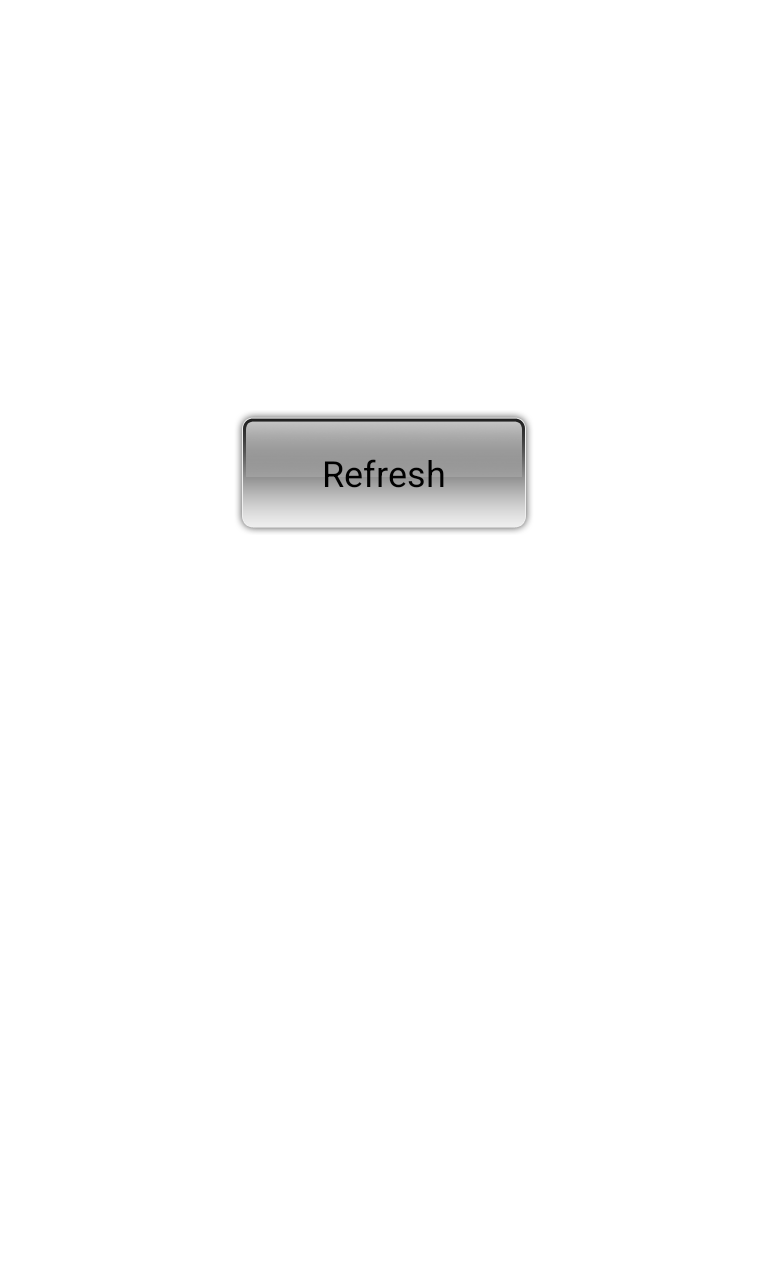
Repository: efreestone/MDF3_Freestone
Layout: ConvertIt/res/layout/activity_main.xml
These files come from the project's save history. The layout is drawn as it stood at one moment and after the next save; the edit follows.
It is drawn on a 768 x 1280 px phone screen (xhdpi) without system bars, with theme AppTheme; the app's code is not run.

Above is the layout before, as saved 2014-07-11 01:27:13.

### ConvertIt/res/layout/activity_main.xml
<?xml version="1.0" encoding="utf-8"?>
<LinearLayout xmlns:android="http://schemas.android.com/apk/res/android"
    android:id="@+id/parentView"
    android:layout_width="match_parent"
    android:layout_height="match_parent"
    android:orientation="vertical"
    >

    <TextView
        android:id="@+id/usdTV"
        android:layout_width="match_parent"
        android:layout_height="wrap_content"
        android:layout_marginTop="10dp"
        android:gravity="center" />

    <TextView
        android:id="@+id/eurTV"
        android:layout_width="match_parent"
        android:layout_height="wrap_content"
        android:gravity="center" />

    <TextView
        android:id="@+id/gbpTV"
        android:layout_width="match_parent"
        android:layout_height="wrap_content"
        android:gravity="center" />

    <TextView
        android:id="@+id/inrTV"
        android:layout_width="match_parent"
        android:layout_height="wrap_content"
        android:gravity="center" />

    <TextView
        android:id="@+id/cadTV"
        android:layout_width="match_parent"
        android:layout_height="wrap_content"
        android:gravity="center" />

    <TextView
        android:id="@+id/audTV"
        android:layout_width="match_parent"
        android:layout_height="wrap_content"
        android:gravity="center" />

    <TextView
        android:id="@+id/mxnTV"
        android:layout_width="match_parent"
        android:layout_height="wrap_content"
        android:gravity="center" />

    <TextView
        android:id="@+id/cnyTV"
        android:layout_width="match_parent"
        android:layout_height="wrap_content"
        android:gravity="center" />

    <TextView
        android:id="@+id/myrTV"
        android:layout_width="match_parent"
        android:layout_height="wrap_content"
        android:gravity="center" />

    <TextView
        android:id="@+id/aedTV"
        android:layout_width="match_parent"
        android:layout_height="wrap_content"
        android:gravity="center" />

    <Button
        android:id="@+id/refreshButton"
        android:layout_width="wrap_content"
        android:layout_height="wrap_content"
        android:layout_gravity="center"
        android:layout_margin="5dp"
        android:clickable="true"
        android:background="@drawable/button_background"
        android:text="@string/refreshButton"
        android:width="150dp" />



</LinearLayout>

### ConvertIt/res/drawable-hdpi/button_background.xml
<?xml version="1.0" encoding="utf-8"?>
<selector xmlns:android="http://schemas.android.com/apk/res/android" >
    <!-- Button Image when pressed -->
    <item
        android:drawable="@drawable/gradient_pressed_9patch"
        android:state_pressed="true"/>

    <!-- Button Image -->
    <item
        android:drawable="@drawable/gradient_9patch"/>



</selector>

### ConvertIt/res/drawable-ldpi/button_background.xml
<?xml version="1.0" encoding="utf-8"?>
<selector xmlns:android="http://schemas.android.com/apk/res/android" >
    <!-- Button Image when pressed -->
    <item
        android:drawable="@drawable/gradient_pressed_9patch"
        android:state_pressed="true"/>

    <!-- Button Image -->
    <item
        android:drawable="@drawable/gradient_9patch"/>



</selector>

### ConvertIt/res/drawable-mdpi/button_background.xml
<?xml version="1.0" encoding="utf-8"?>
<selector xmlns:android="http://schemas.android.com/apk/res/android" >
    <!-- Button Image when pressed -->
    <item
        android:drawable="@drawable/gradient_pressed_9patch"
        android:state_pressed="true"/>

    <!-- Button Image -->
    <item
        android:drawable="@drawable/gradient_9patch"/>



</selector>

### ConvertIt/res/drawable-xhdpi/button_background.xml
<?xml version="1.0" encoding="utf-8"?>
<selector xmlns:android="http://schemas.android.com/apk/res/android" >
    <!-- Button Image when pressed -->
    <item
        android:drawable="@drawable/gradient_pressed_9patch"
        android:state_pressed="true"/>

    <!-- Button Image -->
    <item
        android:drawable="@drawable/gradient_9patch"/>



</selector>

### ConvertIt/res/drawable-xxhdpi/button_background.xml
<?xml version="1.0" encoding="utf-8"?>
<selector xmlns:android="http://schemas.android.com/apk/res/android" >
    <!-- Button Image when pressed -->
    <item
        android:drawable="@drawable/gradient_pressed_9patch"
        android:state_pressed="true"/>

    <!-- Button Image -->
    <item
        android:drawable="@drawable/gradient_9patch"/>



</selector>

### ConvertIt/res/values/strings.xml
<?xml version="1.0" encoding="utf-8"?>
<resources>

    <string name="app_name">MDF3Project1</string>
    <string name="hello_world">Hello world!</string>
    <string name="action_settings">Settings</string>

    <string name="refreshButton">Refresh</string>

    <string name="noConnectionTitle">Connection Error</string>
    <string name="noConnectionAlert">This application requires internet access. Please check your network connection and try again.</string>

    <string name="noFileTitle">File does not exist</string>
    <string name="noFileAlert">The file does not exist on your device so it was requested from the API. Select Refresh to update the ListView</string>

</resources>

Loaded but not shown: ConvertIt/res/values/styles.xml (common file); ConvertIt/res/values-v11/styles.xml (common file); ConvertIt/res/values-v14/styles.xml (common file)

After the next save:
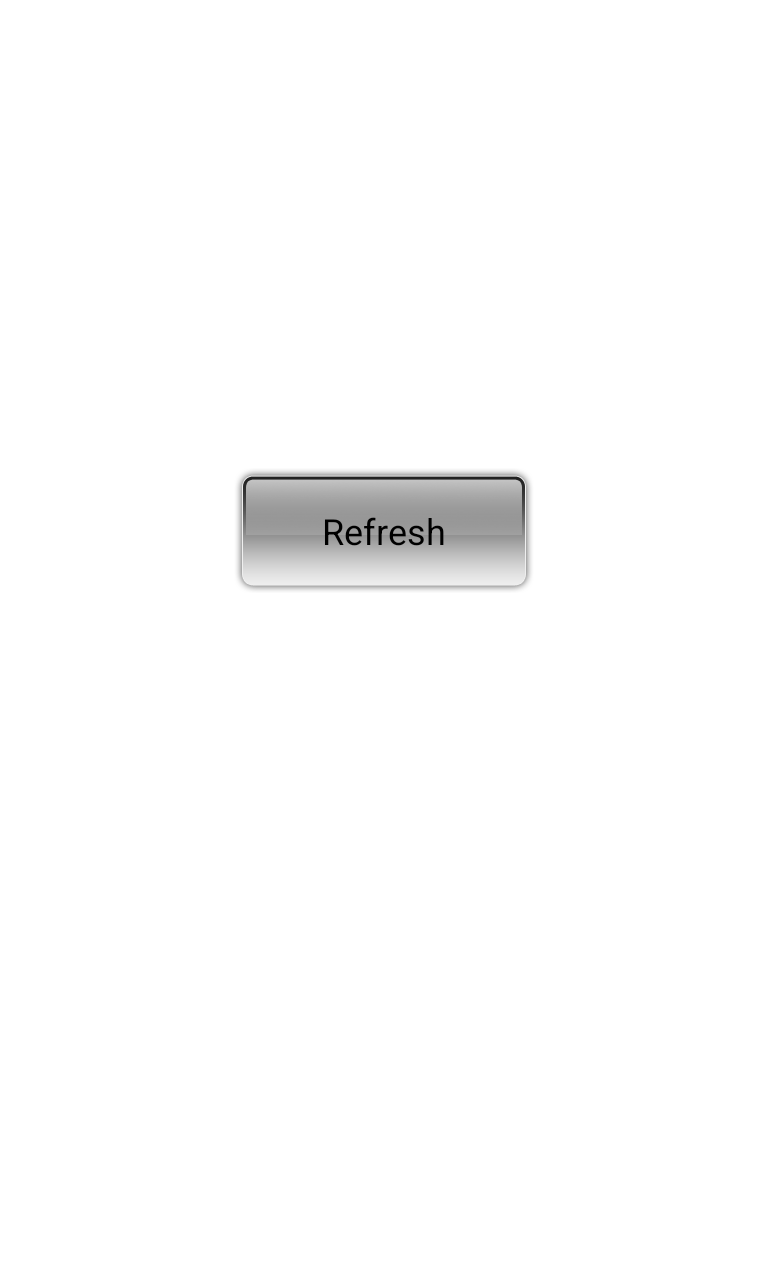
Saved 36 s later.
--- a/ConvertIt/res/layout/activity_main.xml
+++ b/ConvertIt/res/layout/activity_main.xml
@@ -10,8 +10,15 @@
         android:id="@+id/usdTV"
         android:layout_width="match_parent"
         android:layout_height="wrap_content"
-        android:layout_marginTop="10dp"
+        android:layout_margin="10dp"
         android:gravity="center" />
+
+    <TextView
+        android:id="@+id/convertedLabel"
+        android:layout_width="match_parent"
+        android:layout_height="wrap_content"
+        android:gravity="center"
+        />
 
     <TextView
         android:id="@+id/eurTV"
